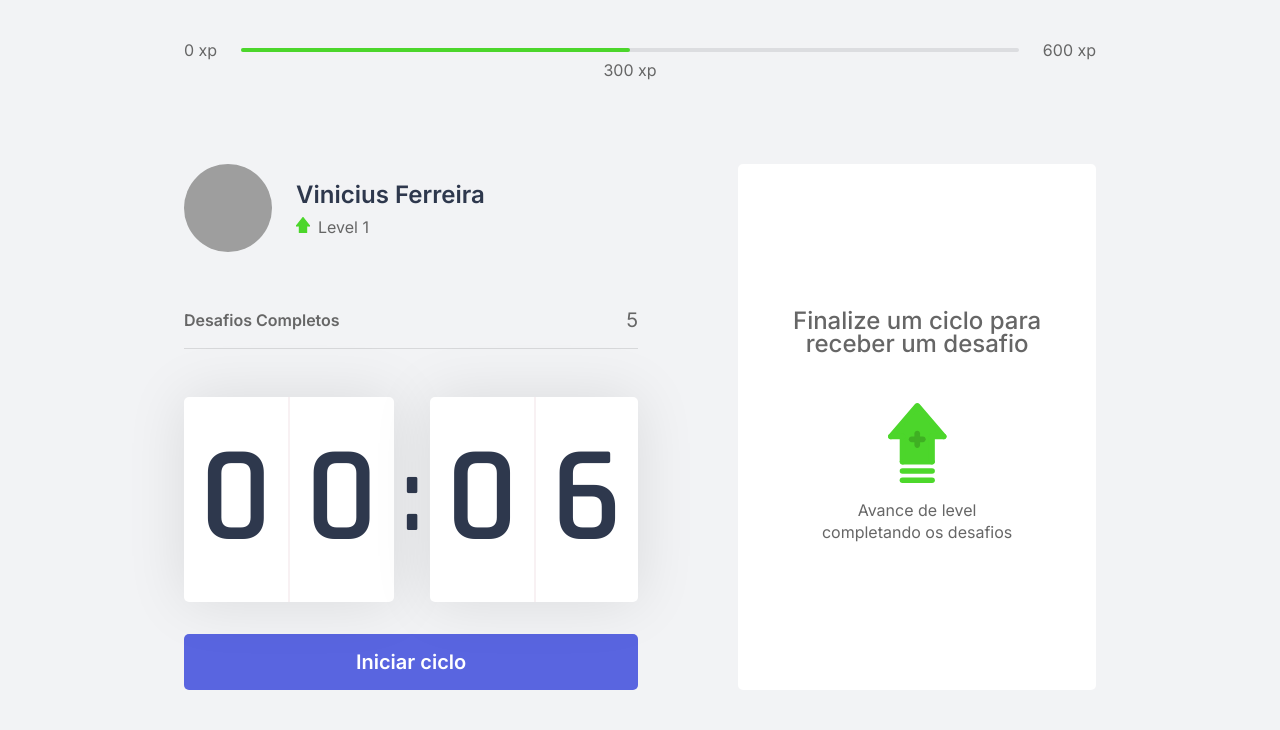
Repository: viniciusfg05/nlwFocus
Page: /
An editor plug-in stored every save of this project. The page is shown before and after the next save, followed by the edit.
The browser window is 1280 px wide. The pictures show the whole page.
Pictures or frames that could not be fetched are drawn as grey boxes. The project was rebuilt for these pictures with package versions that can differ from the ones it lists, and the page was loaded fresh each time. The framework's server and built-in components were replaced by stand-ins that run in the browser.

Above is the page before, as saved 2022-02-28 11:03:06.

After the next save:
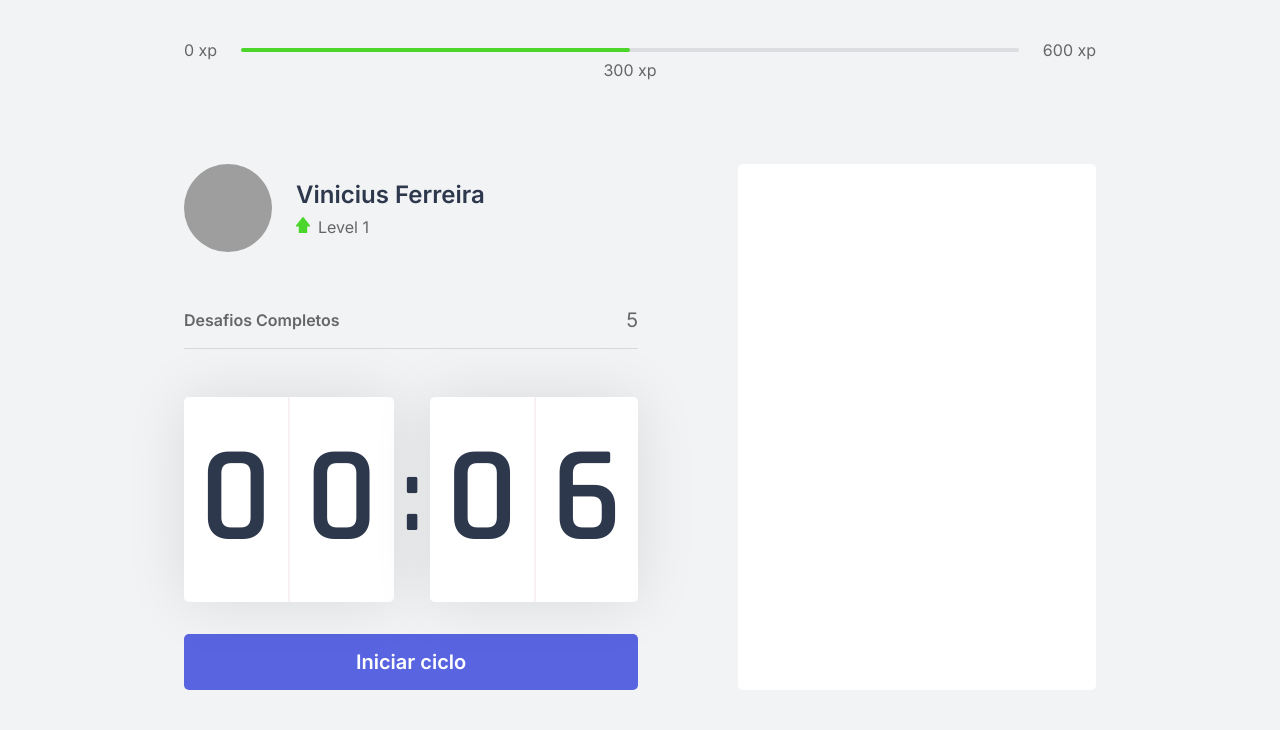
Saved 117 s later.
--- a/src/components/ChallegesBox.tsx
+++ b/src/components/ChallegesBox.tsx
@@ -5,13 +5,19 @@ export function ChallegesBox() {
 
   return (
     <div className={styles.ChallegesBoxContainer}>
-      <div className={styles.ChallegesBoxNotActive}>
+      {hasActiveChallengen ? (
+        <div>
+
+        </div>
+      ) : (
+        <div className={styles.ChallegesBoxNotActive}>
         <strong>Finalize um ciclo para receber um desafio</strong>
         <p>
           <img src="icons/level-up.svg" alt="Level up" />
           Avance de level completando os desafios
         </p>
       </div>
+      )}
     </div>
   )
 }
